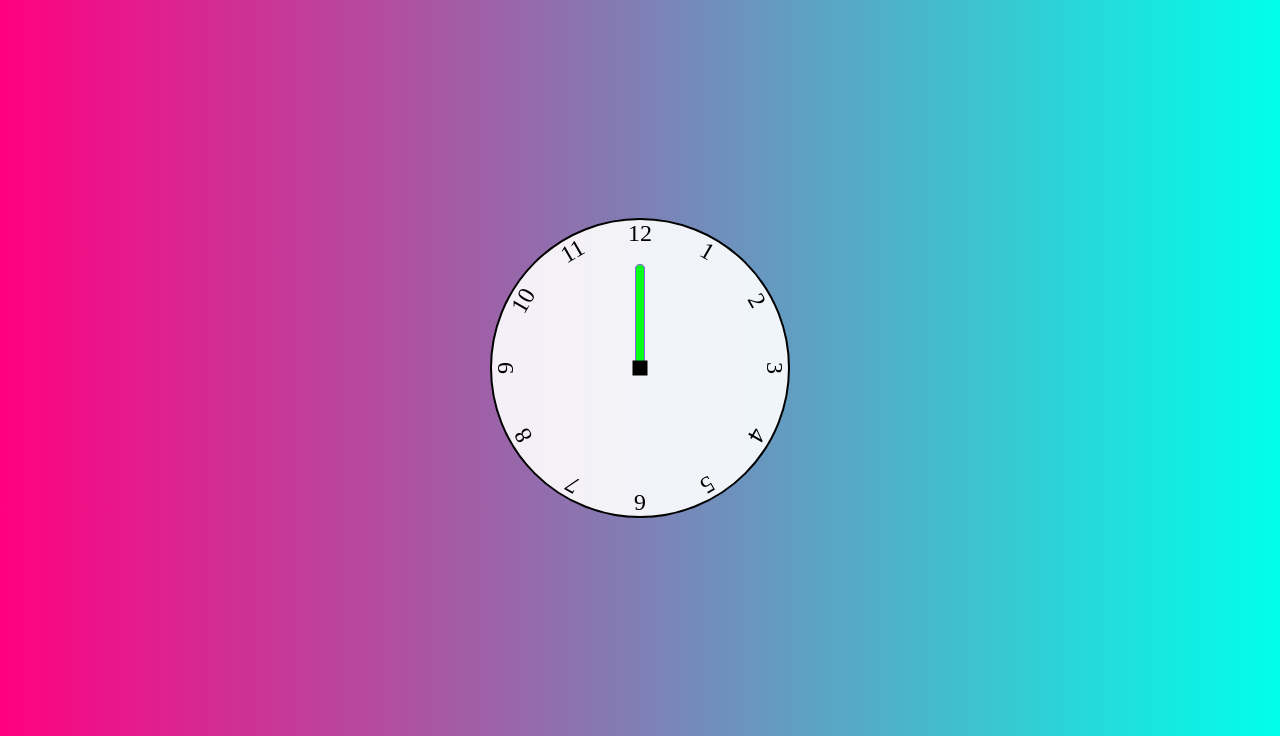
Repository: Okwahi/my-clock
Page: clock.html
An editor plug-in stored every save of this project. The page is shown before and after the next save, followed by the edit.
The browser window is 1280 px wide. The pictures show the whole page.

Above is the page before, as saved 2023-04-14 11:31:20.

After the next save:
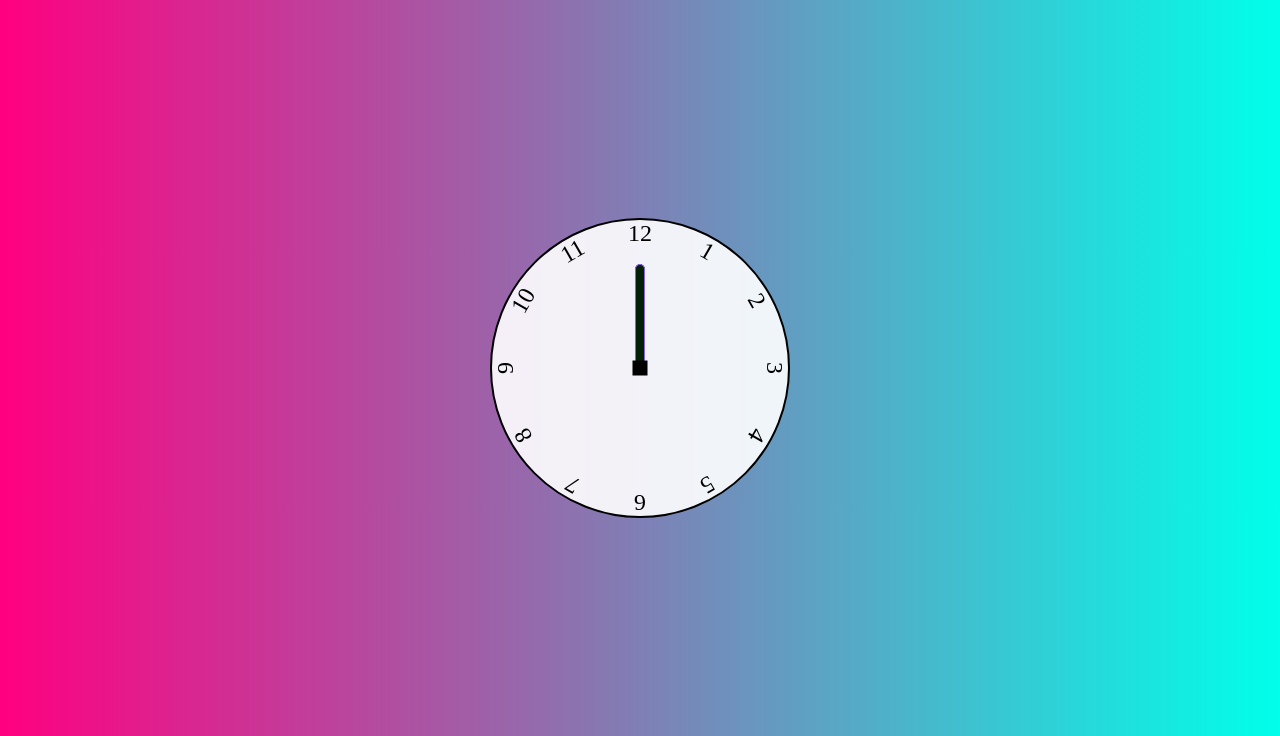
Saved 106 s later.
--- a/clock.css
+++ b/clock.css
@@ -90,5 +90,5 @@ body{
 .clock .hand.hour {
     width: 10px;
     height: 35%;
-    background-color: rgb(9, 253, 29);
+    background-color: rgb(4, 31, 7);
 }
